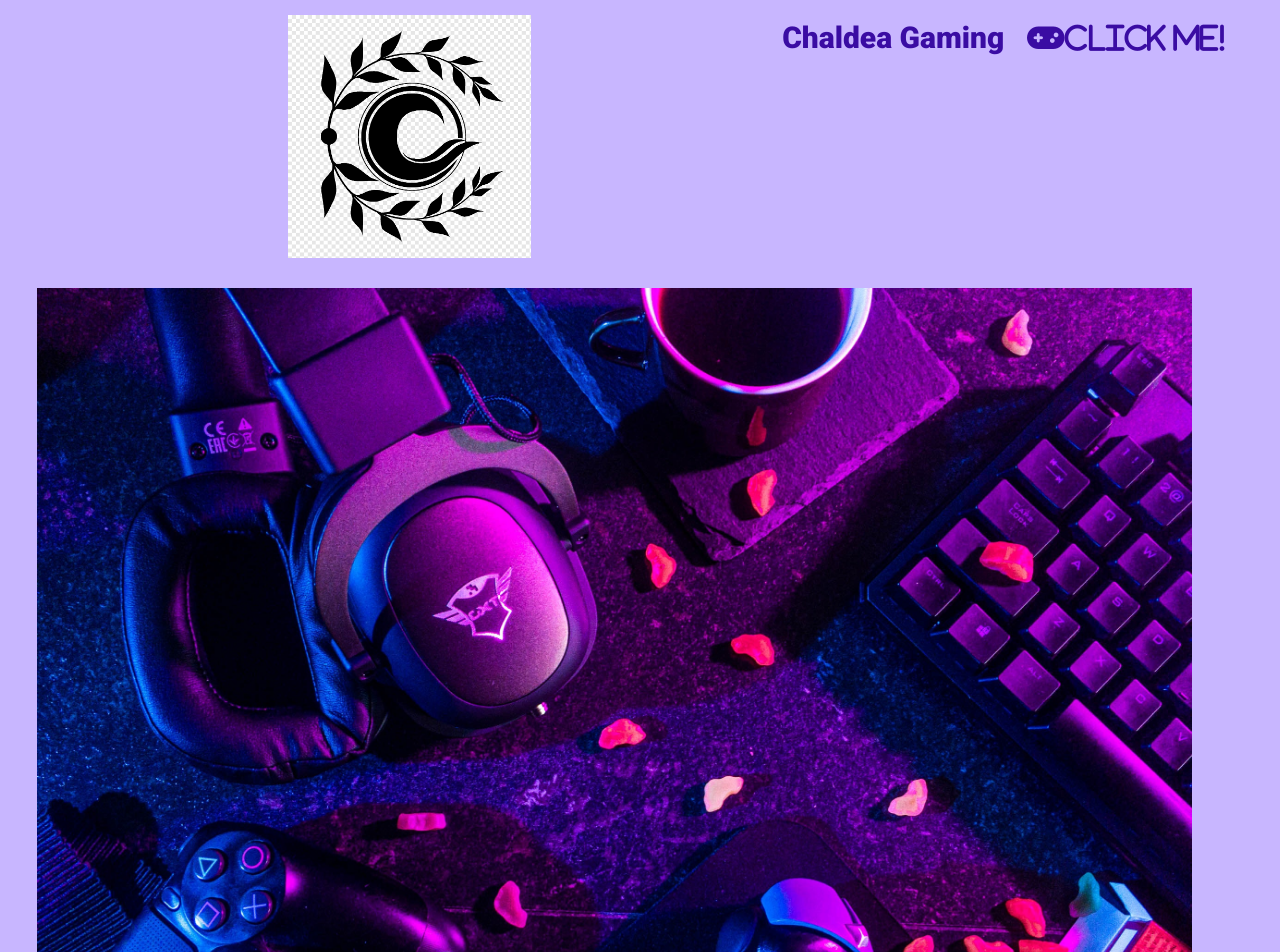
Repository: NyleNC/School-Projects
Page: Hmtl and CSS project/Contact.html
The author's editor kept a copy of each file at every save. The page is drawn from the files as they stood at one save, then again after the next save.
The browser window is 1280 px wide. The pictures show the part of the page from y = 0 to 952 px (the page is 2055 px tall before and 2042 px after).
A picture or video elsewhere on the page could not be fetched, so the positions and the page height are approximate. Some web libraries are served in a nearby version.

Above is the page before, as saved 2025-01-05 14:31:00.

### Hmtl and CSS project/Contact.html
<!DOCTYPE html>
<html lang="en">
<head>
    <meta charset="UTF-8">
    <meta name="viewport" content="width=device-width, initial-scale=1.0">
    <title>Contact</title>
    <link rel="stylesheet" href="style.css">
    <script src="https://kit.fontawesome.com/1e3ba98075.js" crossorigin="anonymous"></script>
    <link rel="preconnect" href="https://fonts.googleapis.com">
<link rel="preconnect" href="https://fonts.gstatic.com" crossorigin>
<link href="https://fonts.googleapis.com/css2?family=Roboto:wght@400;700;900&display=swap" rel="stylesheet">
<link rel="stylesheet" href="https://cdnjs.cloudflare.com/ajax/libs/font-awesome/4.7.0/css/font-awesome.min.css">
<script src="script.js" defer></script>

</head>
<body>
    <header class="header-con">
        <nav class="main-nav">
            <i id="nav-toggle" class="fa-solid fa-gamepad fa-bounce fa-2xl">Click me!</i>
            <ul id="nav-menu">
                <i><button id="close-btn">Close</button></i>
                <li><a href="Index.html">Home</a></li>
                <li><a href="About.html">About</a></li>
                <li><a href="Club.html">Club Information</a></li>
                <li><a href="News.html">News and Events</a></li>
                <li><a href="Contact.html">Contact</a></li>
            </ul>
        </nav>
        <div class="logo">
            <img src="Images/Logo.png" alt="Logo" width="100" height="200" >
            <h1>Chaldea Gaming</h1>
     </div>
     <div>
     <img src="Images/Header-picture.jpg" alt="A picture of gaming equipment" width="2000" height="1500" >
     </div>
    </header>
    <main>
        <div>
        <h2>Join Us:</h2>

<p>Ready to embark on an epic gaming journey? Join Chaldea Gaming Club and be part of a community that transcends pixels and screens. Whether you're here for the games, the friendships, or the shared adventures, there's a place for you in our ever-expanding gaming family.

Connect with us on facebook or twitter and stay tuned for upcoming events, challenges, and the latest in the gaming world. Let the games begin!</p>
    </div>
<div>

</div>

<form action="https://webdevbasics.net/scripts/demo.php" method="post">
    <fieldset>
        <legend>Player Information</legend>
            <div class="field-col">
                <div>
                    <label for="firstName">First Name:</label>
                    <input id="firstName" type="text" name="firstName" placeholder="Please Input First Name" required>
                </div>
                <div>
                    <label for="lastName">Last Name:</label>
                    <input id="lastName" type="text" name="lastName" placeholder="Please Input Last Name" required>
                </div>
                <div>
                    <label for="email"> Email:</label>
                    <input id="email" name="email" type="email" placeholder="johndoe@google.com" required>
                </div>
                <div>
                    <label for="gamerTag">Gamer tag:</label>
                    <input id="gamerTag" type="text" name="gamerTag" placeholder="gamertag11 or discord Id">
                </div>
            </div>
        <div  class="field-container">
            <div>
    <img src="Images/joininghands.jpg" alt="a bunch of people's hand joining together" width="2000" height="1500">
        </div>
        <div>
            <img src="Images/gamers.jpg" alt="people playing a game and one lost" width="2000" height="1500">
                </div>
        </div>
    </fieldset>
    <div class="buttons">
        <div><input type="submit" name="submit" value="Submit"></div>
    <div><input type="reset" name="reset" value="Cancel"></div>
    </div>
</form>


</main>
    <footer class="footer">
        <div >
            <p><small>Nyle Bumanglag 2023</small></p>
        </div>
        <div class="social">
            <a href="#" class="fa fa-facebook"></a>
            <a href="#" class="fa fa-twitter"></a>
            <a href="#" class="fa fa-reddit"></a>
        </div>
        </footer>
</body>
</html>

### Hmtl and CSS project/Style.css
body{
    background: #c8b6ff;
    color: #3a0ca3;
    margin:0 auto;
    font-family: 'Roboto', sans-serif;
    font-weight: 400;
    font-size: 1em;
}

.footer {
    height: auto;
    margin:0 auto;
    width: 300px;
    text-align:center;
    color:#3a0ca3;
}
fieldset{
    border:5px groove #26b3de;
    border-radius: 10px;
}

h1{
    text-align: center;
    font-weight: 900;

}
h2 ,h3 {
    font-weight: 700;
    padding: 0 1em;
}

p{
    padding: 0 1em;
}
img {
    width: 95%;
    height: auto;
    margin: 20px auto;
    padding-left: 5px;

}
.main-nav{
   float: right;
   padding: 1.5em;
   margin: 0 auto;
}
.main-nav ul{
    background: #3a0ca3;
    color: #000000;
    display:none;
	gap:15px;
    width: 200px;
    height: auto;
    margin: 0 auto;
    transition: all 0.3s ease-in-out;
}
.main-nav ul.show {
    display: block;
}
.main-nav a{
    color: #a8dadc;
    text-decoration: wavy;
}
.main-nav a:hover{
     background-color: #4cc9f0
}

#close-btn {
    background-color: #f44336; /* Red color */
    color: white;
    border: none;
    padding: 10px;
    cursor: pointer;
}

#close-btn:hover {
    background-color: #d32f2f; /* Darker red on hover */
}

.main-nav i {
    transition: opacity 0.3s ease-in-out;
}
i{
    float: right;
    margin-top: 15px;

}
input[type="submit"]:hover , input[type="reset"]:hover {
	background: #7fa0bd;
	border-color: rgb(127, 164, 189);
}
input[type="text"], input[type="email"]{
	display: block;
	border: 1px outset #800f00;
	border-radius: 5px;
	height: 30px;
	width: 100%;
}
input[type="submit"],input[type="reset"] {
    border-style: groove;
    background:  #ef476f ;
	border-radius: 5px;
    color: white;
	font-size: 0.75em;
	margin-top: 15px;
	padding: 10px ;


}
label{
    font-size: 1em;
    color: #3a0ca3;
    font-weight:400;

}
legend {
	font-size: 1.25em;
	font-weight: 700;
	color:  #3a0ca3 ;
}

/* classes*/
.buttons{
    margin: 0 auto;
    display: flex;
    gap: 7em;
   padding-left:1em;
}
.logo{
    margin: 1em;
   display: flex;

}
.logo img{
    width: 50%;
    height: auto;
}

.about-bkgd{
    background-image:url(Images/aboutbackground.jpg);
    background-position: center;
    background-size: cover;
    padding: 1em;
    border-radius:3px;

}
.about-bkgd img{
    margin: 0 auto;
	width: 25%;
    height: auto;
}
.button-bkgd{
    padding: 15px;
    line-height: 1em;
    background-color: transparent;
    background-size: cover;
    background-position: 50%;
    background-repeat: no-repeat;
    border: 2px solid #26b3de;
    border-radius: 3px;
    text-align: center;
}
.button-bkgd a{
    color: #fff;
    text-decoration: wavy;
}
.button-bkgd a:hover{
    background-color: #a8dadc;
}
.club-bkgd{
    background-image: url(Images/clubbgkd.jpg);
    background-position: center ;
    background-size: cover;
    padding: 1em;
    border-radius:3px;
}

.news-bkgd{
    background-image: url(Images/newsbgkd.jpg);
    background-position: center;
    background-size: cover;
    padding: 1em;
    border-radius:3px;
}
.contact-bkgd{
    background-image: url(Images/contactbgkd.jpg);
    background-position: center ;
    background-size: cover;
    padding: 1em;
    border-radius:3px;
}
.header-con{
    width: 95%;
    height: auto;
    margin: 0 auto;
}
.container{
    margin: 0 auto;
    gap: 1em;
    display: grid;
    grid-template-columns:  1fr 1fr;
	width: 95%;
    height: auto;
    border: 4px solid #26b3de;
    border-radius:3px;
}
.fa {
    padding: 10px;
    font-size: 20px;
    width: 30px;
    text-align: center;
    text-decoration: none;
    margin: 5px 2px;
  }
.fa-facebook {
    background: #3B5998;
    color: white;
  }
  .fa:hover {
      opacity: 0.7;
}
.fa-twitter {
    background: #55ACEE;
    color: white;
}
.fa-reddit {
    background: #ff5700;
    color: white;
  }
.social{
    text-align: right;
    margin-right: 7em;
}
.field-col{
    grid-template-columns: 1fr 1fr ;
    display: grid;
    gap: 10px;
}
.field-container{
    margin: 0 auto;
    gap: 1em;
    display: grid;
    grid-template-columns:  1fr 1fr;
	width: 95%;
    height: auto;

}
.event-news {
    display: flex;

    border:5px solid #b388eb;
    width: 90%;
    gap: 10em;
    padding-left: 5em;
}

.event-news a{
    color: #3a0ca3;
    text-decoration: wavy;
}

.event-news a:hover{
    background-color: #4cc9f0

}

section {
    padding: 15px;
}


.event-container{
    display: grid;
    grid-template-columns: 1fr 1fr;
    width: 95%;
    height: auto;
    text-align: left;
}


@media only screen and (min-width: 768px) {
    .container{
       margin: 0 auto;
        gap: 10px;
        display: grid;
        grid-template-columns:  1fr 1fr 1fr 1fr;
        width: 95%;
        height: auto;

    }
    img{
        margin: 1em auto;

    }
    body{
        margin: 0 auto;
       font-size: 15px;

    }
    .main-nav ul{
    width: 500px;
    height: auto;
    margin: 0 auto;
    }
    .buttons{
        margin: 0 auto;
        display: flex;
        gap: 8em;
       padding-left:9em;
    }
    .logo img{
        width: 25%;
        height: auto;
    }
    .logo{
        margin: 0 auto;
       display: flex;

    }
}

@media only screen and (min-width: 1440px){
    body{
        margin: 0 auto;
        font-size: 2em;

    }
    img{
        margin: 0 1em;
    }
    .container{
        margin: 0 auto;
         gap: 1em;
         display: grid;
         grid-template-columns:   1fr 1fr 1fr 1fr;
         width: 95%;
         height: auto;
         text-align: center;
         padding-right: 1em;
     }

    .main-nav ul{
        width: 500px;
    height: auto;
    margin: 0 auto;
    }
    .social{
        text-align: right;
        margin-right: 2em;
    }
    .buttons{
        margin: 0 auto;
        display: flex;
        gap: 8em;
       padding-left:15em;
    }
    .logo img{
        width: 25%;
        height: auto;
        margin-bottom: 1em;
        margin-top: 1em;
    }

}

@media only screen and (min-width: 1920px){
    body{
        margin: 0 auto;
        font-size: 2em;

    }
    img{
        margin: 0 1em;
        width: 95%;
        height: auto;
    }
    .container{
        margin: 0 auto;
         gap: 1em;
         display: grid;
         grid-template-columns:   1fr 1fr 1fr 1fr;
         width: 95%;
         height: auto;
         text-align: center;
         padding-right: 1em;
     }

    .main-nav ul{
        width: 500px;
    height: auto;
    margin: 0 auto;
    }
    .social{
        text-align: right;
        margin-right: 2em;
    }
    .buttons{
        margin: 0 auto;
        display: flex;
        gap: 8em;
       padding-left:15em;
    }
    .logo img{
        width: 25%;
        height: auto;
        margin-bottom: 1em;
        margin-top: 1em;
    }
    .event-news {
        display: flex;

        border:5px solid #b388eb;
        margin: 0 auto;
        width: 90%;
        gap: 25em;
        padding-left: 10em;
    }
    .field-container{
        margin: 1em auto;
        gap: 1em;
        display: grid;
        grid-template-columns:  1fr 1fr;
        width: 95%;
        height: auto;

    }

}

### Hmtl and CSS project/script.js
document.getElementById("nav-toggle").addEventListener("click", function () {
    const navMenu = document.getElementById("nav-menu");
    const navToggle = document.getElementById("nav-toggle");

    navMenu.classList.toggle("show");
    navToggle.classList.toggle("hidden");
});
// Close the navigation menu
document.getElementById("close-btn").addEventListener("click", function () {
    const navMenu = document.getElementById("nav-menu");
    const navToggle = document.getElementById("nav-toggle");

    // Hide the menu
    navMenu.classList.remove("show");

    // Show the toggle button and change its text back to "Click me!"
    navToggle.classList.remove("hidden");
    navToggle.textContent = "Click me!"; // Reset the text to "Click me!"
});

After the next save:
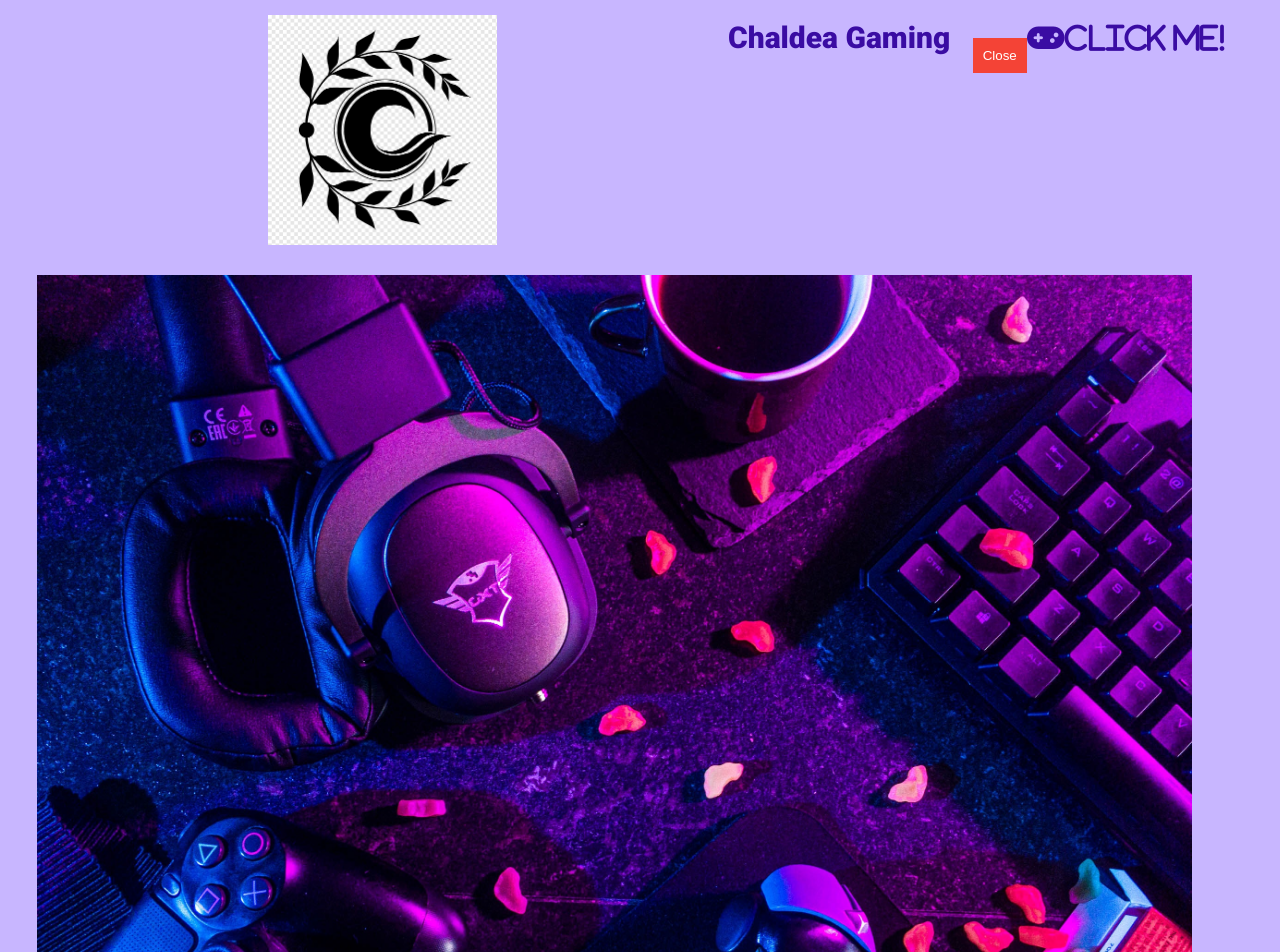
Saved 58 s later.
--- a/Hmtl and CSS project/Contact.html
+++ b/Hmtl and CSS project/Contact.html
@@ -17,8 +17,9 @@
     <header class="header-con">
         <nav class="main-nav">
             <i id="nav-toggle" class="fa-solid fa-gamepad fa-bounce fa-2xl">Click me!</i>
+            <i><button id="close-btn">Close</button></i>
             <ul id="nav-menu">
-                <i><button id="close-btn">Close</button></i>
+
                 <li><a href="Index.html">Home</a></li>
                 <li><a href="About.html">About</a></li>
                 <li><a href="Club.html">Club Information</a></li>
